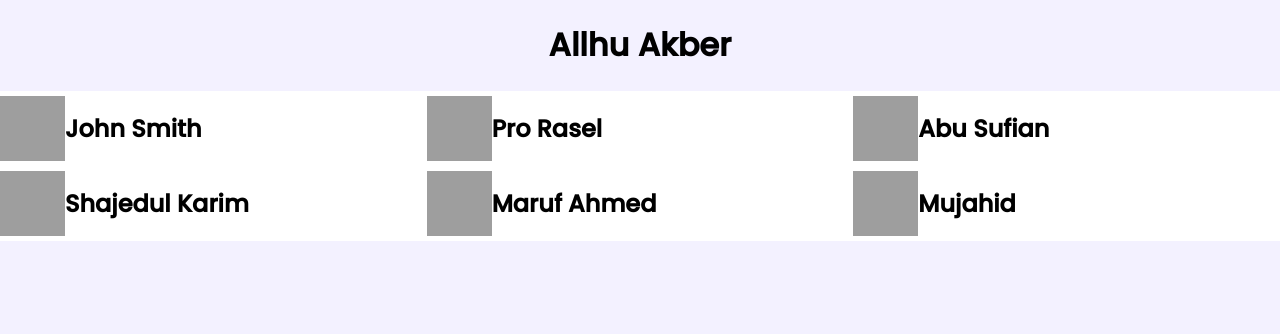
Repository: zjria/leader-board
Page: index.html
The author's editor kept a copy of each file at every save. The page is drawn from the files as they stood at one save, then again after the next save.
The browser window is 1280 px wide. The pictures show the whole page.
Pictures or frames that could not be fetched are drawn as grey boxes.

Above is the page before, as saved 2022-09-03 09:03:11.

After the next save:
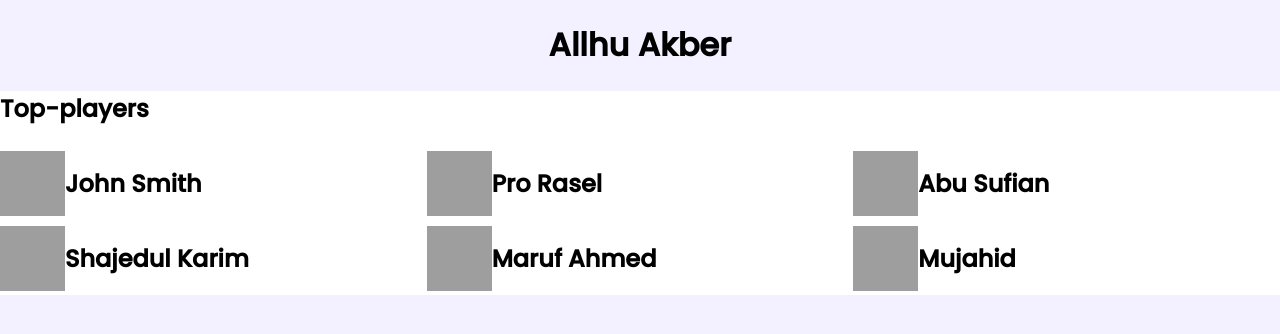
Saved 8 min 12 s later.
--- a/index.html
+++ b/index.html
@@ -20,6 +20,7 @@
     <main>
         <section class="container">
             <div class="top-players">
+                <h2>Top-players</h2>
                 <div class="players">
                     <div class="player">
                         <img src="images/players/player-1.png" alt="">
